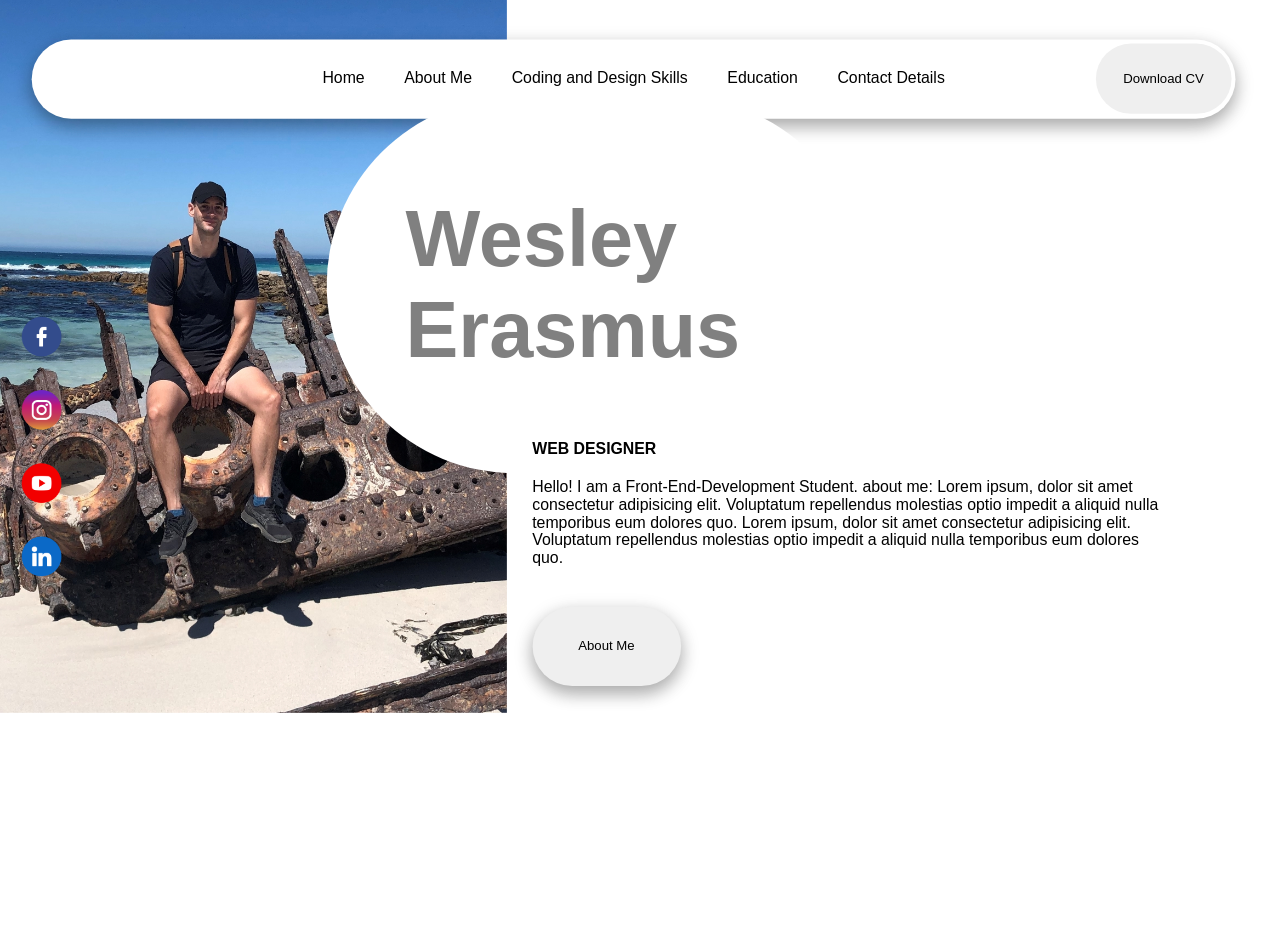
Repository: WesleyErasmus/MyDigitalResume-4
Page: index.html
These files come from the project's save history. The page is drawn as it stood at one moment and after the next save; the edit follows.
The browser window is 1280 px wide. The pictures show the whole page, at 99% of full size.

Above is the page before, as saved 2022-02-20 19:03:06.

After the next save:
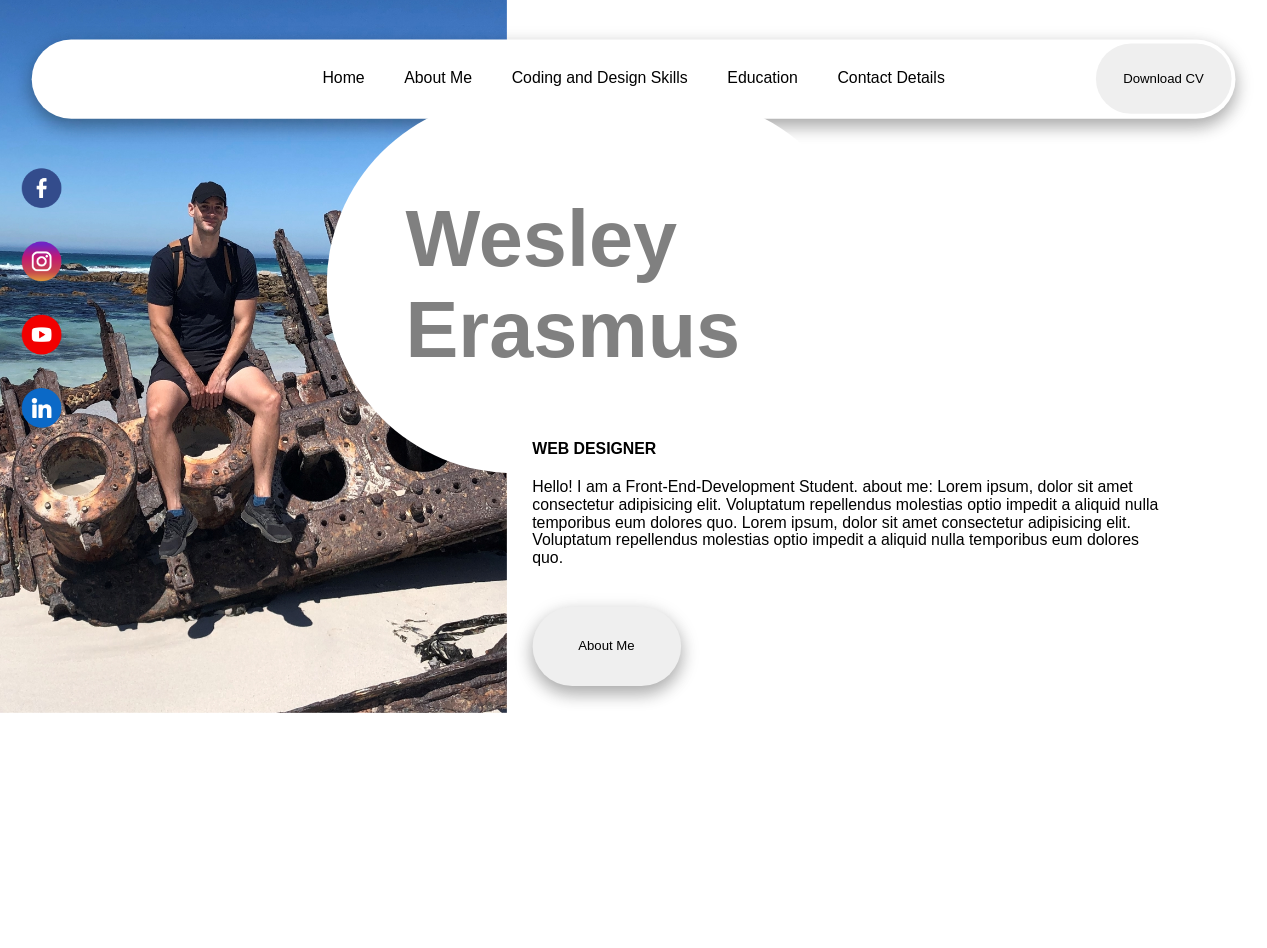
Saved 9 s later.
--- a/stylesheet.css
+++ b/stylesheet.css
@@ -60,7 +60,7 @@ nav.social-media-links {
     height: 390px;
     width: 50px;
     float: left;
-    top: 150px;
+    top: 50%;
     left: 17px;
     border-radius: 0 15px 15px 0;
 }
